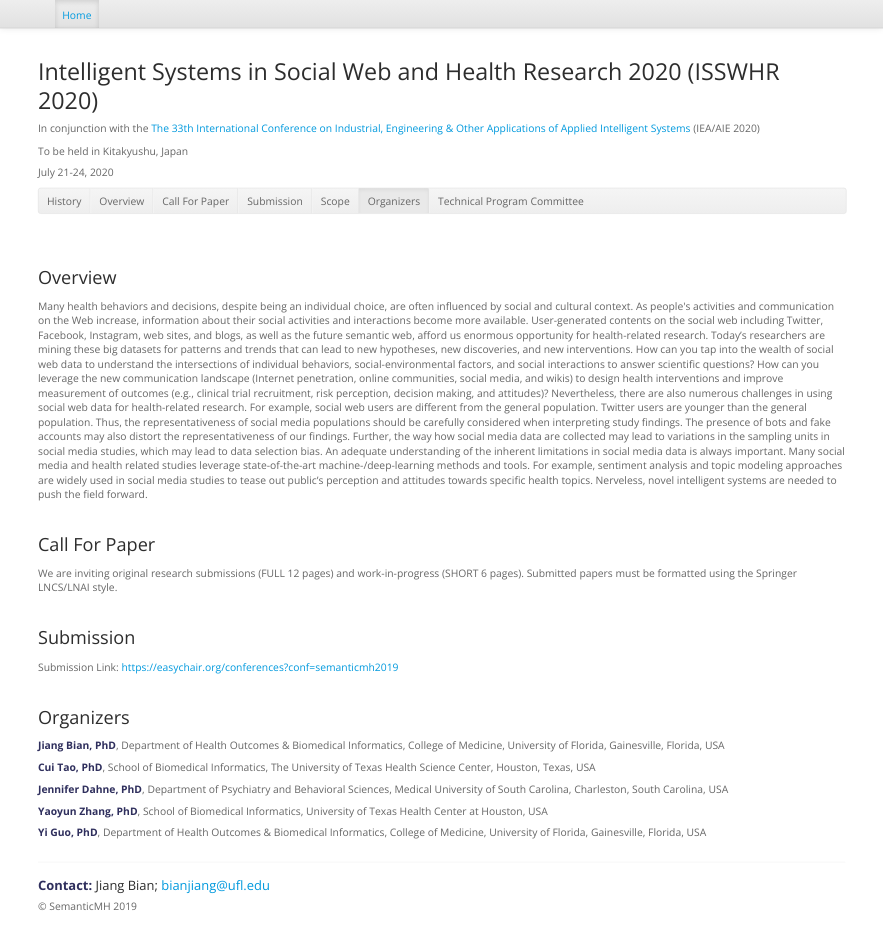
Repository: bianjiang/semantics-powered.org
Page: ISSWHR-2020/index.html
The author's editor kept a copy of each file at every save. The page is drawn from the files as they stood at one save, then again after the next save.
The browser window is 1280 px wide. The pictures show the whole page, at 69% of full size.
Some web libraries are served in a nearby version.

Above is the page before, as saved 2019-10-26 17:05:29.
Console error (its wording comes from the project's code and is left out).

### ISSWHR-2020/index.html
<!DOCTYPE html>
<!--[if lt IE 7]>      <html class="no-js lt-ie9 lt-ie8 lt-ie7"> <![endif]-->
<!--[if IE 7]>         <html class="no-js lt-ie9 lt-ie8"> <![endif]-->
<!--[if IE 8]>         <html class="no-js lt-ie9"> <![endif]-->
<!--[if gt IE 8]><!-->
<html class="no-js">
<!--<![endif]-->

<head>
  <meta charset="utf-8">
  <meta http-equiv="X-UA-Compatible" content="IE=edge,chrome=1">
  <title></title>
  <meta name="description" content="">
  <meta name="viewport" content="width=device-width">

  <link rel="stylesheet" href="css/bootstrap.min.css">
  <style>
    body {
      padding-top: 60px;
      padding-bottom: 40px;
    }
  </style>
  <link rel="stylesheet" href="css/bootstrap-responsive.min.css">
  <link rel="stylesheet" href="css/main.css">

  <script src="js/vendor/modernizr-2.6.2-respond-1.1.0.min.js"></script>
</head>

<body class="preview" id="top" data-spy="scroll" data-target=".subnav" data-offset="80">
  <!--[if lt IE 7]>
            <p class="chromeframe">You are using an <strong>outdated</strong> browser. Please <a href="http://browsehappy.com/">upgrade your browser</a> or <a href="http://www.google.com/chromeframe/?redirect=true">activate Google Chrome Frame</a> to improve your experience.</p>
        <![endif]-->

  <!-- This code is taken from http://twitter.github.com/bootstrap/examples/hero.html -->

  <div class="navbar navbar-fixed-top">
    <div class="navbar-inner">
      <div class="container">

        <a class="btn btn-navbar" data-toggle="collapse" data-target=".nav-collapse">
                        <span class="icon-bar"></span>
                        <span class="icon-bar"></span>
                        <span class="icon-bar"></span>
                    </a>
        <a class="brand" href="#">&nbsp;</a>
        <div class="nav-collapse collapse">
          <ul class="nav">
            <li class="active"><a href="#">Home</a></li>
            <!--
                            <li><a href="#aboutxx">About</a></li>
                            <li><a href="#contact">Contact</a></li>
                            -->
          </ul>
        </div>

      </div>

    </div>
  </div>

  <div class="container">

    <!-- Main hero unit for a primary marketing message or call to action -->
    <!--
            <div class="hero-unit">
                <h1>Hello, world!</h1>
                <p>This is a template for a simple marketing or informational website. It includes a large callout called the hero unit and three supporting pieces of content. Use it as a starting point to create something more unique.</p>
                <p><a class="btn btn-primary btn-large">Learn more &raquo;</a></p>
            </div>
            -->
    <!-- Masthead
================================================== -->
    <header class="jumbotron subhead" id="overview">
      <div class="row">
        <div class="span12">
          <br/>
          <h2>Intelligent Systems in Social Web and Health Research 2020 (ISSWHR 2020)</h2>
          <p>In conjunction with the <a href="https://jsasaki3.wixsite.com/ieaaie2020" target="_blank">The 33th International Conference on Industrial, Engineering & Other Applications of Applied Intelligent Systems</a> (IEA/AIE 2020)</p>
          <p>To be held in Kitakyushu, Japan</p>
          <p>July 21-24, 2020</p>
        </div>
        <div class="span6">
          <!--
      <div class="bsa well">
          <div id="bsap_1277971" class="bsarocks bsap_c466df00a3cd5ee8568b5c4983b6bb19"></div>
      </div>
    -->
        </div>
      </div>
      <div class="subnav">
        <ul class="nav nav-pills">
          <li><a href="#history">History</a></li>
          <li><a href="#overview">Overview</a></li>
          <!-- <li><a href="#audience">Audience</a></li> -->
          <li><a href="#callforpaper">Call For Paper</a></li>
          <li><a href="#submissions">Submission</a></li>
          <!-- <li><a href="#rational">Rational</a></li>
          <li><a href="#workshopstructure">Workshop Structure</a></li> -->
          <!-- <li><a href="#publicity">Publicity</a></li> -->
          <li><a href="#scope">Scope</a></li>
          <li><a href="#organizers">Organizers</a></li>
          <li><a href="#techprogcom">Technical Program Committee</a></li>
        </ul>
      </div>
    </header>

    <!-- <section id="History">
      <div class="row">
        <div class="span12">
          <h3>History</h3>
          <p>The 1st International Workshop on the Semantics of Mental Health (SemanticMH 2018) was successfully organized and hosted in conjunction with the sixth IEEE International Conference on Healthcare Informatics (ICHI 2018) on June 7th, 2018 in New York City, NY, USA.  Overall, we received 7 high quality submissions and we accepted 6 of them.  The accepted papers were published in the IEEE ICHI 2018 workshop proceedings; and we invited the authors of these 6 accepted papers to submit an extended journal version to a special issue (“Special Issue: Semantics of Mental Health”) in the Health Informatics Journal (IF 3.021).
           All authors presented their work in ICHI 2018; and we have invited two keynote speakers (i.e., Drs. Jessie Tenenbaum and Piper Ranallo) from the Mental Health Informatics Working Group (WG) of the American Medical Informatics Association (AMIA) to present a report from the WG titled, “Mental Health Informatics and Knowledge Representation.”  Overall, SemanticsMH 2018 was highly successful and facilitated the exchange of scholar ideas from a group of interdisciplinary researches.
        </p>
        </div>
      </div>
    </section> -->

    <section id="overview">
      <div class="row">
        <div class="span12">
          <h3>Overview</h3>
          <p>Many health behaviors and decisions, despite being an individual choice, are often influenced by social and cultural context.  As people's activities and communication on the Web increase, information about their social activities and interactions become more available.  User-generated contents on the social web including Twitter, Facebook, Instagram, web sites, and blogs, as well as the future semantic web, afford us enormous opportunity for health-related research.  Today’s researchers are mining these big datasets for patterns and trends that can lead to new hypotheses, new discoveries, and new interventions.  How can you tap into the wealth of social web data to understand the intersections of individual behaviors, social-environmental factors, and social interactions to answer scientific questions?  How can you leverage the new communication landscape (Internet penetration, online communities, social media, and wikis) to design health interventions and improve measurement of outcomes (e.g., clinical trial recruitment, risk perception, decision making, and attitudes)?

            Nevertheless, there are also numerous challenges in using social web data for health-related research.  For example, social web users are different from the general population.  Twitter users are younger than the general population.  Thus, the representativeness of social media populations should be carefully considered when interpreting study findings.  The presence of bots and fake accounts may also distort the representativeness of our findings.  Further, the way how social media data are collected may lead to variations in the sampling units in social media studies, which may lead to data selection bias.  An adequate understanding of the inherent limitations in social media data is always important.

            Many social media and health related studies leverage state-of-the-art machine-/deep-learning methods and tools.  For example, sentiment analysis and topic modeling approaches are widely used in social media studies to tease out public’s perception and attitudes towards specific health topics.  Nerveless, novel intelligent systems are needed to push the field forward.
            </p>
        </div>
      </div>
    </section>

    <!-- <section id="audience">
      <div class="row">
        <div class="span12">
          <h3>Audience</h3>
          <p>The goal of this workshop is to bring experts in the field of natural language processing, knowledge representation, knowledge management, and health data analytics to discuss innovative analytical methods, applications, and tools to address problems in mental health.
        </p>
        </div>
      </div>
    </section> -->

    <section id="callforpaper">
      <div class="row">
        <div class="span12">
          <h3>Call For Paper</h3>
          <p>We are inviting original research submissions (FULL 12 pages) and work-in-progress (SHORT 6 pages).  Submitted papers must be formatted using the Springer LNCS/LNAI style.</p>
        </div>
      </div>
    </section>

    <section id="submissions">
      <div class="row">
        <div class="span12">
          <h3>Submission</h3>
          <p>Submission Link: <a href="https://easychair.org/conferences?conf=semanticmh2019" target="_blank">https://easychair.org/conferences?conf=semanticmh2019</a></p>
        </div>
      </div>
    </section>
    <!-- <section id="rational">
      <div class="row">
        <div class="span12">
          <h3>Rational</h3>
          <p>Our proposed workshop aims to provide an international platform for the researchers and scientists in the mental health communities to demonstrate research progresses, share ideas, address questions, and promote collaborations for better representation and analysis of mental health-related terminologies and clinical and research data.
        </p>
        </div>
      </div>
    </section> -->

    <!-- <section id="workshopstructure">
      <div class="row">
        <div class="span12">
          <h3>Workshop Structure</h3>
          <p>We propose a half-day SemanticMH workshop for this year. We will arrange 3 hours for paper presentations and 1 hour for extensive discussions. Different sessions will be arranged based on the topics of presentations. Depending on the number of papers accepted for presentation, each paper presentation will be restricted to 10-25 minutes for a full-length paper, and 5-15 minutes for a short-length paper. All the papers will be submitted and handled through EasyChair and go through peer reviews by at least two reviewers. After the full papers are accepted, we will work with the Health Informatics editors and reviewers to decide which papers will be formally invited for extension to be included in a thematic series in the Health Informatics journal.
        </p>
        </div>
      </div>
    </section>


    <section id="publicity">
      <div class="row">
        <div class="span12">
          <h3>Publicity</h3>
          <p>Various methods will be used for advertisement, including: (i) posting in email mailing lists and through private emails; (ii) creating a workshop discussion email list address and using it for sharing news and posting, (iii) posting in influential websites, (iv) phone calls to colleagues and friends who may be interested, (v) generating a workshop website dedicated to this event, and inviting potential attendees to visit, and (vi) generating a social networking website in LinkedIn to attract public attention, participation, and discussion. The main difference between the workshop website and the LinkedIn website will be that the workshop website is dedicated for posting the workshop information, and the LinkedIn website is used for social networking.
        </p>
        </div>
      </div>
    </section> -->



    <section id="organizers">
      <div class="row">
        <div class="span12">
          <h3>Organizers</h3>
          <p><b>Jiang Bian, PhD</b>, Department of Health Outcomes & Biomedical Informatics, College of Medicine, University of Florida, Gainesville, Florida, USA</p>
          <p><b>Cui Tao, PhD</b>, School of Biomedical Informatics, The University of Texas Health Science Center, Houston, Texas, USA</p>
          <p><b>Jennifer Dahne, PhD</b>, Department of Psychiatry and Behavioral Sciences, Medical University of South Carolina, Charleston, South Carolina, USA</p>
          <p><b>Yaoyun Zhang, PhD</b>, School of Biomedical Informatics, University of Texas Health Center at Houston, USA</p></p>
          <p><b>Yi Guo, PhD</b>, Department of Health Outcomes & Biomedical Informatics, College of Medicine, University of Florida, Gainesville, Florida, USA</p></p>
        </div>
      </div>
    </section>

    <!-- <section id="techprogcom">
      <div class="row">
        <div class="span12">
          <h3>Technical Program Committee</h3>
          <p>Comming Soon...</p>
        </div>
      </div>
    </section> -->
    <hr>
    <h4><b>Contact:</b> Jiang Bian; <a href="mailto:bianjiang@ufl.edu">bianjiang@ufl.edu</a></h4>
    <footer>
      <p>&copy; SemanticMH 2019</p>
    </footer>

  </div>
  <!-- /container -->

  <script src="//ajax.googleapis.com/ajax/libs/jquery/1.9.1/jquery.min.js"></script>
  <script>
    window.jQuery || document.write('<script src="js/vendor/jquery-1.9.1.min.js"><\/script>')
  </script>

  <script src="js/vendor/bootstrap.min.js"></script>

  <script src="js/plugins.js"></script>
  <script src="js/main.js"></script>
  <script>
      (function (i, s, o, g, r, a, m) {
i['GoogleAnalyticsObject'] = r; i[r] = i[r] || function () {
        (i[r].q = i[r].q || []).push(arguments)
      }, i[r].l = 1 * new Date(); a = s.createElement(o),
        m = s.getElementsByTagName(o)[0]; a.async = 1; a.src = g; m.parentNode.insertBefore(a, m)
      })(window, document, 'script', 'https://www.google-analytics.com/analytics.js', 'ga');

    ga('create', 'UA-50982144-4', 'auto');
    ga('send', 'pageview');
  </script>
</body>

</html>

### ISSWHR-2020/css/main.css


/* ==========================================================================
   Author's custom styles
   ========================================================================== */



section {
	margin-top: 20px;
}

/* index */

.tooltip-inner {
	max-width: 500px;
}

.hero-unit {
	padding-bottom: 5px;
	background-color: #F3F3F3;
	border: 1px solid #ddd;
	text-align: center;
}

.hero-unit h1,
.hero-unit p {
	margin-bottom: 15px;
}

#social {
	display: inline-block;
	margin-top: 45px;
	text-align: center;
}

#gh-star {
	margin-right: 10px;
}

.twitter-share-button  {
	margin-right: 15px;
}

.rss-button {
	width: 40px;
	height: 14px;
	font-size: 11px;
	line-height: 14px;
	font-weight: bold;
	margin: 0 0 10px;
	padding: 2px 5px 2px 4px;
}

.index h3 {
	text-align: center;
	font-size: 20px;
}

#ticker {
	margin-top: 40px;
	margin-bottom: 10px;
	font-size: 14px;
	line-height: 1.4;
}

.about {
	margin-top: 40px;
	margin-bottom: 40px;
}

.about > div {
	margin-bottom: 20px;
}

.about h3 {
	margin: 0;
	text-align: left;
}

.about i {
	margin-right: 8px;
	font-size: 1.3em;
}

#gallery {
	padding-top: 60px;
}

.thumbnail {
	margin-bottom: 20px;
	background-color: #f3f3f3;
	background-color: rgba(0, 0, 0, 0.05);
}

.thumbnail img {
	width: 100%;
	-webkit-border-radius: 7px;
	-moz-border-radius: 7px;
	border-radius: 7px;
}

.thumbnail .caption {
	color: inherit;
}

.thumbnail .caption p {
	overflow: hidden;
	text-overflow: ellipsis;
	white-space: nowrap;
}

.thumbnail h3 {
	text-align: left;
	margin-bottom: 0;
}

.thumbnail .btn-toolbar {
	margin-top: 15px;
	text-align: right;
}

#more {
	margin-top: 40px;
	margin-bottom: 20px;
	text-align: center;
}

.links {
	margin-bottom: 20px;
}

.links > a {
	margin-right: 10px;
}

.bsa {
	float: right;
	max-width: 400px;
	padding: 0;
}

body .one .bsa_it_ad {
	margin-bottom: -10px;
	padding: 25px 25px 15px 25px;
	background: none;
	border: none;
	font-family: inherit;
	color: inherit;
}

body .one .bsa_it_ad .bsa_it_t,
body .one .bsa_it_ad .bsa_it_d {
	color: inherit;
	font-size: inherit;
}

body .one .bsa_it_p {
	display: none;
}

.bsap img {
	-webkit-border-radius: 0;
	-moz-border-radius: 0;
	border-radius: 0;
}

#footer {
	margin-bottom: 20px;
}

#footer .links a {
	margin-right: 10px;
}

@media (max-width: 480px) {

	.hero-unit {
		padding: 20px 20px 0;
		margin: 0 0 20px;
	}

	.hero-unit h1 {
		font-size: 36px;
	}

	.hero-unit iframe {
		margin-right: 0 !important;
	}

	#social {
		margin-top: 0px;
		margin-bottom: 20px;
	}

	#social > span {
		display: block;
	}

	#ticker {
		margin-top: 0;
	}

	.about {
		margin-top: 0;
	}

	.about h3 {
		margin-top: 30px;
	}

	.about p {
		margin-bottom: 0;
	}

	.thumbnail .btn {
		font-size: 15px;
	}

	.modal {
		position: fixed !important;
		top: 25% !important;
	}
}

@media (min-width: 481px) and (max-width: 767px) {

	.hero-unit {
		margin-top: 0;
		padding: 30px;
	}

	.about {
		margin-top: 0;
	}
}

@media (max-width: 767px) {


	section {
		padding-top: 20px;
	}

	.bsa {
		float: none;
	}
}

@media (max-width: 979px) and (min-width: 768px) {

	.index .navbar {
		margin-bottom: 0;
	}

	.hero-unit {
		border-radius: 0;
	}

	section {
		padding-top: 20px;
	}

	.thumbnail .btn {
		padding: 6px 10px;
		font-size: 14px;
	}
}

@media (min-width: 980px) {

	.index {
		padding-top: 40px;
	}

	.preview {
		padding-top: 50px;
	}
}

/* preview */

.subhead {
	padding-bottom: 0;
	margin-bottom: 9px;
}

.subhead h1 {
	font-size: 54px;
}

.subhead > div:first-child {
	min-height: 200px;
}

/* subnav */

.subnav {
	margin-bottom: 60px;
	width: 100%;
	height: 36px;
	background-color: #eeeeee; /* Old browsers */
	background-repeat: repeat-x; /* Repeat the gradient */
	background-image: -moz-linear-gradient(top, #f5f5f5 0%, #eeeeee 100%); /* FF3.6+ */
	background-image: -webkit-gradient(linear, left top, left bottom, color-stop(0%,#f5f5f5), color-stop(100%,#eeeeee)); /* Chrome,Safari4+ */
	background-image: -webkit-linear-gradient(top, #f5f5f5 0%,#eeeeee 100%); /* Chrome 10+,Safari 5.1+ */
	background-image: -ms-linear-gradient(top, #f5f5f5 0%,#eeeeee 100%); /* IE10+ */
	background-image: -o-linear-gradient(top, #f5f5f5 0%,#eeeeee 100%); /* Opera 11.10+ */
	filter: progid:DXImageTransform.Microsoft.gradient( startColorstr='#f5f5f5', endColorstr='#eeeeee',GradientType=0 ); /* IE6-9 */
	background-image: linear-gradient(top, #f5f5f5 0%,#eeeeee 100%); /* W3C */
	border: 1px solid #e5e5e5;
	-webkit-border-radius: 4px;
	-moz-border-radius: 4px;
	border-radius: 4px;
}

.subnav .nav {
	margin-bottom: 0;
}

.subnav .nav > li > a {
	margin: 0;
	padding-top:    11px;
	padding-bottom: 11px;
	border-left: 1px solid #f5f5f5;
	border-right: 1px solid #e5e5e5;
	-webkit-border-radius: 0;
	-moz-border-radius: 0;
	border-radius: 0;
}

.subnav .nav > .active > a,
.subnav .nav > .active > a:hover {
	padding-left: 13px;
	color: #777;
	background-color: #e9e9e9;
	border-right-color: #ddd;
	border-left: 0;
	-webkit-box-shadow: inset 0 3px 5px rgba(0,0,0,.05);
	-moz-box-shadow: inset 0 3px 5px rgba(0,0,0,.05);
	box-shadow: inset 0 3px 5px rgba(0,0,0,.05);
}

.subnav .nav > .active > a .caret,
.subnav .nav > .active > a:hover .caret {
	border-top-color: #777;
}

.subnav .nav > li:first-child > a,
.subnav .nav > li:first-child > a:hover {
	border-left: 0;
	padding-left: 12px;
	-webkit-border-radius: 4px 0 0 4px;
	-moz-border-radius: 4px 0 0 4px;
	border-radius: 4px 0 0 4px;
}

.subnav .nav > li:last-child > a {
	border-right: 0;
}

.subnav .dropdown-menu {
	-webkit-border-radius: 0 0 4px 4px;
	-moz-border-radius: 0 0 4px 4px;
	border-radius: 0 0 4px 4px;
}

@media (max-width: 767px) {

	.subnav {
		position: static;
		top: auto;
		z-index: auto;
		width: auto;
		height: auto;
		background: #fff; /* whole background property since we use a background-image for gradient */
		-webkit-box-shadow: none;
		-moz-box-shadow: none;
		box-shadow: none;
	}

	.subnav .nav > li {
		float: none;
	}

	.subnav .nav > li > a {
		border: 0;
	}

	.subnav .nav > li + li > a {
		border-top: 1px solid #e5e5e5;
	}

	.subnav .nav > li:first-child > a,
	.subnav .nav > li:first-child > a:hover {
		-webkit-border-radius: 4px 4px 0 0;
		-moz-border-radius: 4px 4px 0 0;
		border-radius: 4px 4px 0 0;
	}
}

@media (min-width: 980px) {

	.subnav-fixed {
		position: fixed;
		top: 40px;
		left: 0;
		right: 0;
		z-index: 1020; /* 10 less than .navbar-fixed to prevent any overlap */
		border-color: #d5d5d5;
		border-width: 0 0 1px; /* drop the border on the fixed edges */
		-webkit-border-radius: 0;
		-moz-border-radius: 0;
		border-radius: 0;
		-webkit-box-shadow: inset 0 1px 0 #fff, 0 1px 5px rgba(0,0,0,.1);
		-moz-box-shadow: inset 0 1px 0 #fff, 0 1px 5px rgba(0,0,0,.1);
		box-shadow: inset 0 1px 0 #fff, 0 1px 5px rgba(0,0,0,.1);
		filter: progid:DXImageTransform.Microsoft.gradient(enabled=false); /* IE6-9 */
	}

	.subnav-fixed .nav {
		width: 938px;
		margin: 0 auto;
		padding: 0 1px;
	}

	.subnav .nav > li:first-child > a,
	.subnav .nav > li:first-child > a:hover {
		-webkit-border-radius: 0;
		-moz-border-radius: 0;
		border-radius: 0;
	}
}

@media (min-width: 1210px) {

	.subnav-fixed .nav {
		width: 1168px; /* 2px less to account for left/right borders being removed when in fixed mode */
	}
}

b, strong {
	color: #2F2F5D; }

em {
	color: #00CC33;
	font-style: normal;
}


blockquote p {
	font-size: 1em;
}


.tg  {border-collapse:collapse;border-spacing:0;}
.tg td{font-family:Arial, sans-serif;font-size:14px;padding:10px 5px;border-style:solid;border-width:1px;overflow:hidden;word-break:normal;border-color:black;}
.tg th{font-family:Arial, sans-serif;font-size:14px;font-weight:normal;padding:10px 5px;border-style:solid;border-width:1px;overflow:hidden;word-break:normal;border-color:black;}
.tg .tg-op08{font-weight:bold;background-color:#ffffff;color:#333333;border-color:inherit;text-align:center;vertical-align:top}
.tg .tg-zlqz{font-weight:bold;background-color:#c0c0c0;border-color:inherit;text-align:center;vertical-align:top}
.tg .tg-7g6k{font-weight:bold;background-color:#ffffff;border-color:inherit;text-align:center;vertical-align:top}
.tg .tg-3xi5{background-color:#ffffff;border-color:inherit;text-align:center;vertical-align:top}
.tg .tg-y2r4{font-weight:bold;background-color:#ffffff;color:#333333;border-color:#333333;text-align:center;vertical-align:top}

Loaded but not shown: ISSWHR-2020/css/bootstrap.min.css (library); ISSWHR-2020/css/bootstrap-responsive.min.css (library); ISSWHR-2020/js/vendor/modernizr-2.6.2-respond-1.1.0.min.js (library); ISSWHR-2020/js/vendor/bootstrap.min.js (library); ISSWHR-2020/js/main.js (95 lines, source omitted); ISSWHR-2020/js/plugins.js (24 lines, source omitted)

After the next save:
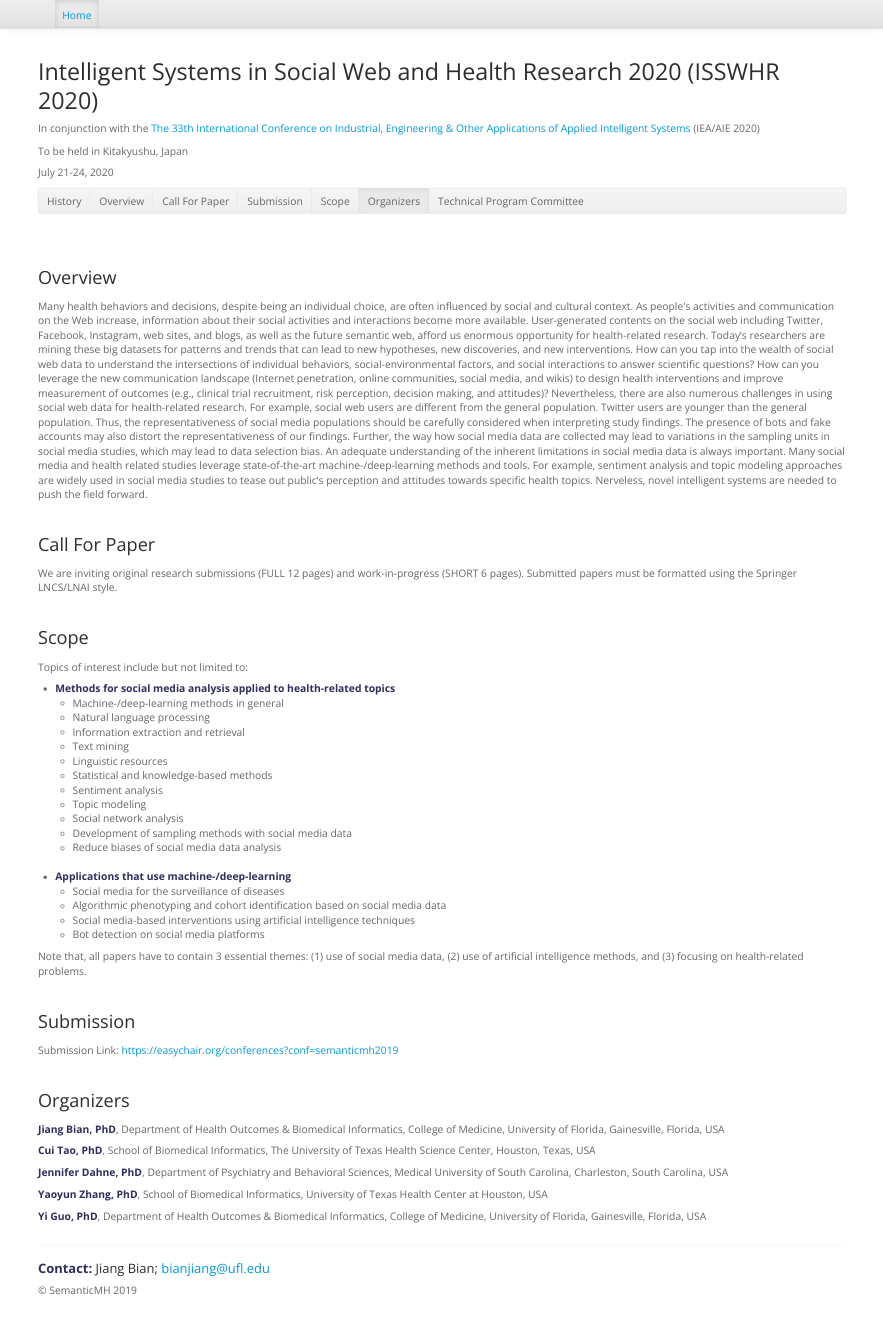
Saved 7 s later.
--- a/ISSWHR-2020/index.html
+++ b/ISSWHR-2020/index.html
@@ -147,7 +147,43 @@
         </div>
       </div>
     </section>
-
+    <section id="scope">
+        <div class="row">
+          <div class="span12">
+            <h3>Scope</h3>
+            <p>Topics of interest include but not limited to:</p>
+            <ul>
+              <li>
+                <b>Methods for social media analysis applied to health-related topics</b>
+                <ul>
+                  <li>Machine-/deep-learning methods in general</li>
+                  <li>Natural language processing</li>
+                  <li>Information extraction and retrieval</li>
+                  <li>Text mining</li>
+                  <li>Linguistic resources</li>
+                  <li>Statistical and knowledge-based methods</li>
+                  <li>Sentiment analysis</li>
+                  <li>Topic modeling</li>
+                  <li>Social network analysis</li>
+                  <li>Development of sampling methods with social media data</li>
+                  <li>Reduce biases of social media data analysis</li>
+                </ul>
+              </li>
+              <br>
+              <li>
+                <b>Applications that use machine-/deep-learning</b>
+                <ul>
+                  <li>Social media for the surveillance of diseases</li>
+                  <li>Algorithmic phenotyping and cohort identification based on social media data</li>
+                  <li>Social media-based interventions using artificial intelligence techniques</li>
+                  <li>Bot detection on social media platforms</li>
+                </ul>
+              </li>
+            </ul>
+            <p>Note that, all papers have to contain 3 essential themes: (1) use of social media data, (2) use of artificial intelligence methods, and (3) focusing on health-related problems.</p>
+          </div>
+        </div>
+      </section>
     <section id="submissions">
       <div class="row">
         <div class="span12">
